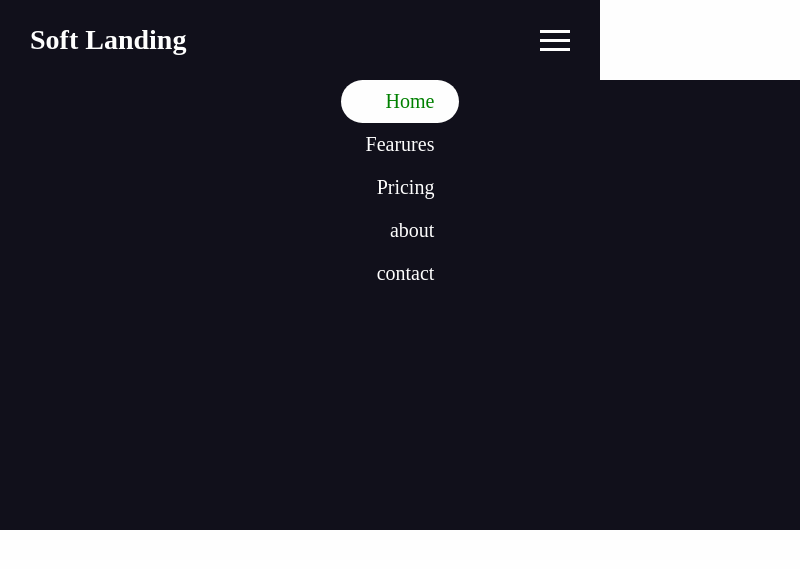
Repository: AMIT1439027/Gobbart-task
Page: index.html
An editor plug-in stored every save of this project. The page is shown before and after the next save, followed by the edit.
The browser window is 600 px wide. The page is 800 px wide, so the pictures cover 800 px, including what lies to the right of the window. The pictures show the whole page.

Above is the page before, as saved 2024-04-20 14:35:29.

### index.html
<!DOCTYPE html>
<html lang="en">
<head>
    <meta charset="UTF-8">
    <meta name="viewport" content="width=device-width, initial-scale=1.0">
    <title>Document</title>
    <link rel="stylesheet" href="style.css">
</head>
<body>
    <header>
        <div class="logo">Soft Landing</div>
        <div class="humburger">
            <div class="line"></div>
            <div class="line"></div>
            <div class="line"></div>
        </div>

        <nav class="nav-bar">
            <ul>
                <li>
                    <a href="" class="active">Home</a>
                </li>
                <li>
                    <a href="">Fearures</a>

                </li>
                <li>
                    <a href="">Pricing</a>

                </li>
                <li>
                    <a href="">about</a>
                </li>
                <li>
                    <a href="">contact</a>
                </li>
            </ul>
        </nav>
    </header>
</body>
</html>

### style.css
*{
    margin: 0;
    padding:0;
    list-style: none;
    text-decoration: none;
    font-family: Google Sans Regular;
    box-sizing:border-box;
}

body{
    background:#fefefe;

}

header{
    width: 100%;
    height: 80px;
    background:#11101b;
    display: flex;
    align-items: center;
    justify-content: space-between;
    padding: 0 100px;

}

.logo{
    font-size:28px;
    font-weight: bold;
    color:#fefefe;
}

.humburger{
    display: none;

}

.nav-bar ul{
 display: flex;
}

.nav-bar ul li a{
    display: block;
    color:#fefefe;
    font-size: 20px;
    padding: 10px 25px;
    border-radius:50px;
    transition: 0.2s;
    margin: 0 5px;

}

.nav-bar ul li a:hover{
    color:#11101b;
    background:#fefefe;
}

.nav-bar ul li a.active{
    color:green;
    background:#fefefe;

}

@media only screen and (max-width:1320px){
    header{
        padding: 0 50px;
    }
}

@media only screen and (max-width:1100px){
    header{
        padding: 0 30px;
    }
}

@media only screen and (max-width:700px){
   .humburger{
    display: block;
    cursor: pointer;
   }
   .humburger .line{
    width: 30px;
    height:3px;
    background:#fefefe;
    margin: 6px 0;
   }
   .nav-bar{
    height: 450px;
    /* display: none; */
    position: absolute;
    top: 80px;
    left: 0;
    right: 0;
    width: 100vh;
    background:#11101b;
    transition: 0.2s;

   }
   .nav-bar ul{
    display: block;
    width: fit-content;
    margin: 0 auto 0 auto;
    text-align: right;
   }
}

After the next save:
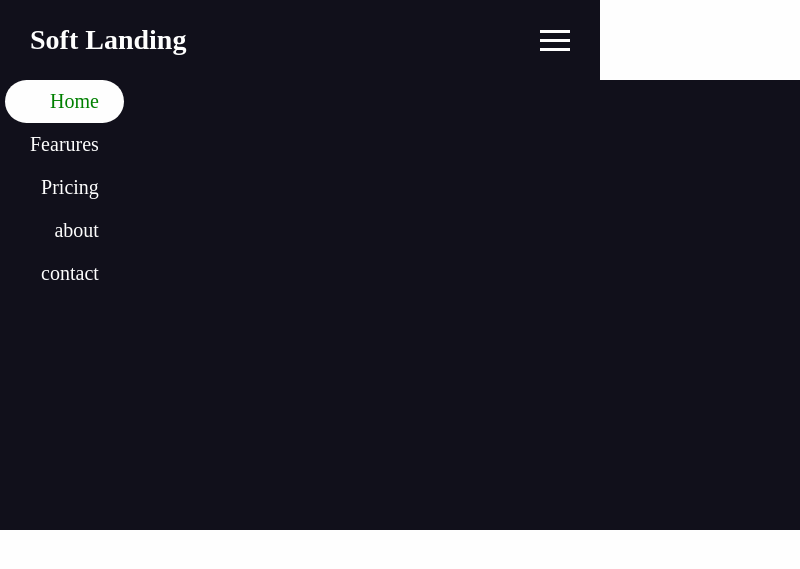
Saved 9 s later.
--- a/style.css
+++ b/style.css
@@ -98,7 +98,7 @@
    .nav-bar ul{
     display: block;
     width: fit-content;
-    margin: 0 auto 0 auto;
+    margin:  auto 0 auto;
     text-align: right;
    }
 }
